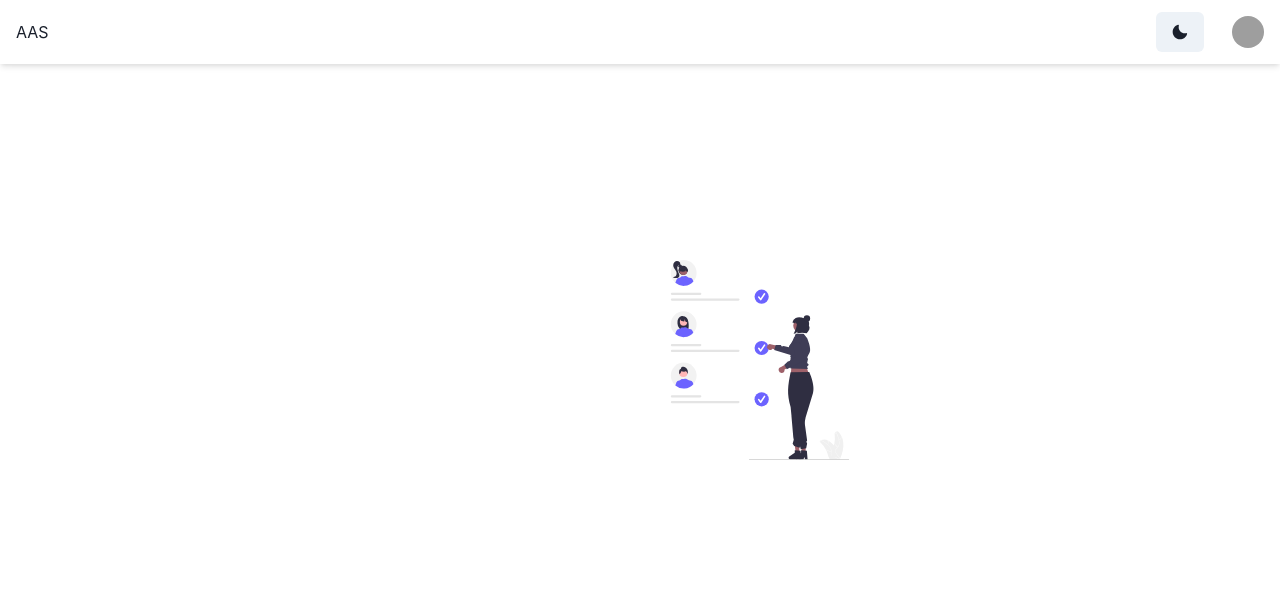
Repository: shash0708/attendence
Page: /
The author's editor kept a copy of each file at every save. The page is drawn from the files as they stood at one save, then again after the next save.
The browser window is 1280 px wide. The pictures show the whole page.
Pictures or frames that could not be fetched are drawn as grey boxes. The project was rebuilt for these pictures with package versions that can differ from the ones it lists, and the page was loaded fresh each time. Also part of the build but not shown: src/App.css, src/components/Login/Login.component.jsx, src/components/Signup/Signup.component.jsx, src/routes/Authentication/Authentication.component.jsx.

Above is the page before, as saved 2024-04-06 19:13:44.

After the next save:
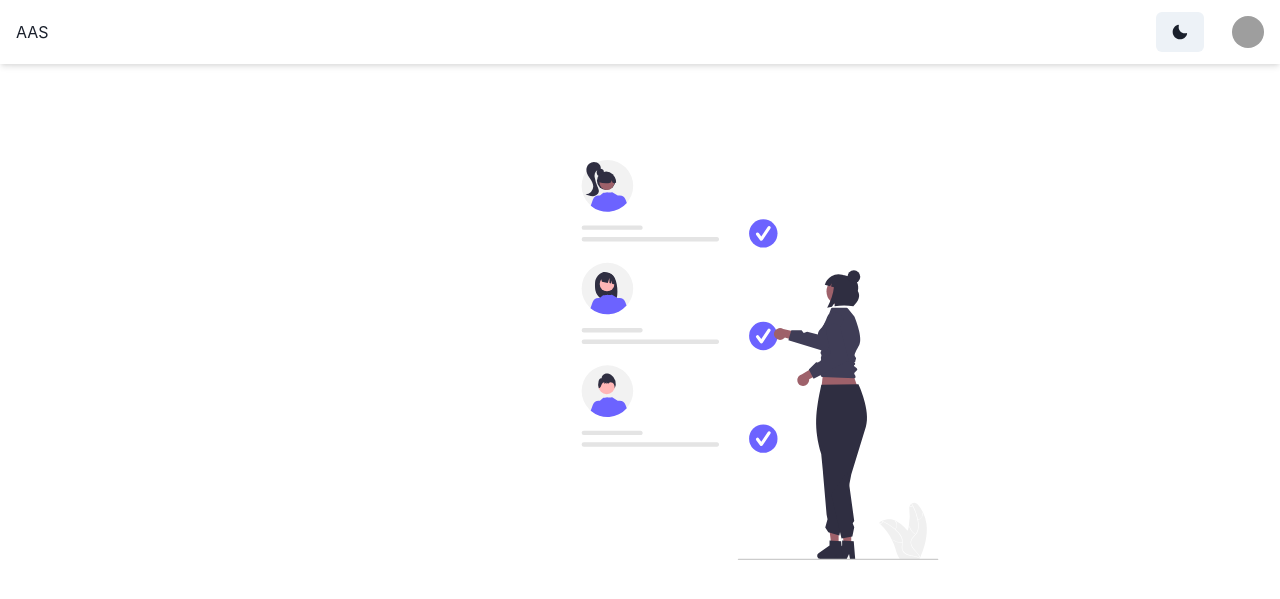
Saved 33 s later.
--- a/src/components/homeProp/HomeProp.styles.scss
+++ b/src/components/homeProp/HomeProp.styles.scss
@@ -1,7 +1,7 @@
 // Use variables to style your logo
 .home-prop{
   width: 1000px;
-  height: 200px;  // Add other styling properties as needed
+  height: 400px;  // Add other styling properties as needed
   position: fixed;
   top: 50%; // Adjust as needed
   right: 20px; // Adjust as needed
